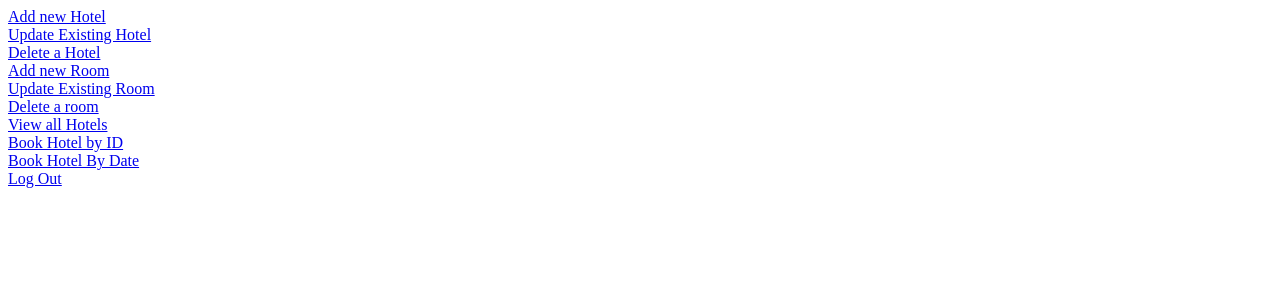
Repository: dishangjain/SpringProject
Page: http://localhost/HotelBookingManagementSystem/JSPs/Admin.jsp
An editor plug-in stored every save of this project. The page is shown before and after the next save, followed by the edit.
The browser window is 1280 px wide. The pictures show the whole page.
The page is served by Tomcat 9. Nobody is signed in. The application's start-up code is not run. Other server files are loaded and not shown.

Above is the page before, as saved 2017-10-14 12:53:52.

### HotelBookingManagementSystem/WebContent/JSPs/Admin.jsp
<%@ page language="java" contentType="text/html; charset=ISO-8859-1"
    pageEncoding="ISO-8859-1"%>
<!DOCTYPE html PUBLIC "-//W3C//DTD HTML 4.01 Transitional//EN" "http://www.w3.org/TR/html4/loose.dtd">
<html>
	<head>
		<meta http-equiv="Content-Type" content="text/html; charset=ISO-8859-1">
		<title>Insert title here</title>
		<script type="text/javascript" src="scripts/jquery-1.12.3.js"></script>
		<script type="text/javascript" src="scripts/MyJsLib.js"></script>
	</head>
	<body>


		<div id="mainMenu">
			<a href="addNewHotel.do">Add new Hotel</a><br>
			<a href="getHotelList.do">Update Existing Hotel</a><br>
			<a href="deleteHotel.do">Delete a Hotel</a><br>
			<a href="addNewRoom.do">Add new Room</a><br>
			<a href="getRoomList.do">Update Existing Room</a><br>
			<a href="deleteRoomList.do">Delete a room</a><br>
			<a href="viewAllHotels.do">View all Hotels</a><br>
			<a href="getNullPage.do">Book Hotel by ID</a><br>
			<a href="getNullPage.do">Book Hotel By Date</a><br>
			<a href="getNullPage.do">Log Out</a>
		</div>


	</body>
</html>

### HotelBookingManagementSystem/WebContent/scripts/MyJsLib.js
$(document).ready(
	function(){
		$("h1").css({"color":"green", "font-size":"30px", "text-align":"center"});
		$("h3").css({"color":"darkgreen", "font-size":"22px", "text-align":"center"});

		$("#mainMenu a").hover(
			function(){
				$(this).css({ "color":"red", "font-size":"18px"});
			},
			function(){
				$(this).css({ "color":"blue", "font-size":"16px"});
			}
		)

		$("table tr:odd").css({ "background-color":"lightblue"});
		$("table tr:even").css({ "background-color":"lightgreen"});
	}
);

Loaded but not shown: HotelBookingManagementSystem/WebContent/scripts/jquery-1.12.3.js (library)

After the next save:
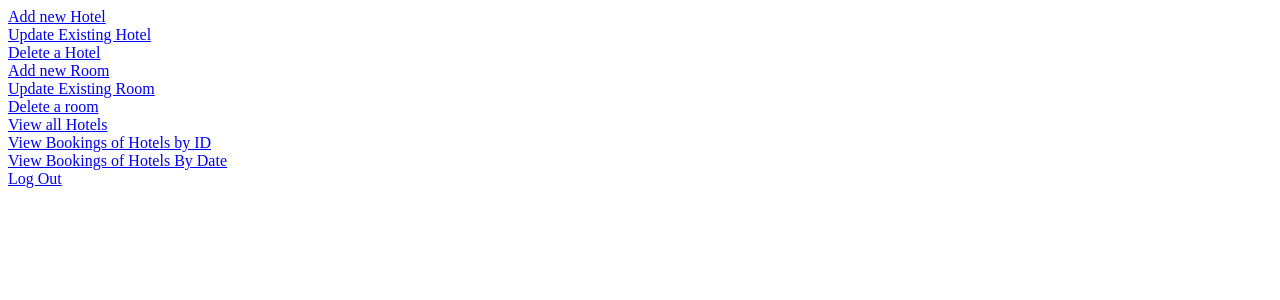
Saved 106 s later.
--- a/HotelBookingManagementSystem/WebContent/JSPs/Admin.jsp
+++ b/HotelBookingManagementSystem/WebContent/JSPs/Admin.jsp
@@ -19,8 +19,8 @@
 			<a href="getRoomList.do">Update Existing Room</a><br>
 			<a href="deleteRoomList.do">Delete a room</a><br>
 			<a href="viewAllHotels.do">View all Hotels</a><br>
-			<a href="getNullPage.do">Book Hotel by ID</a><br>
-			<a href="getNullPage.do">Book Hotel By Date</a><br>
+			<a href="getNullPage.do">View Bookings of Hotels by ID</a><br>
+			<a href="getNullPage.do">View Bookings of Hotels By Date</a><br>
 			<a href="getNullPage.do">Log Out</a>
 		</div>
 
